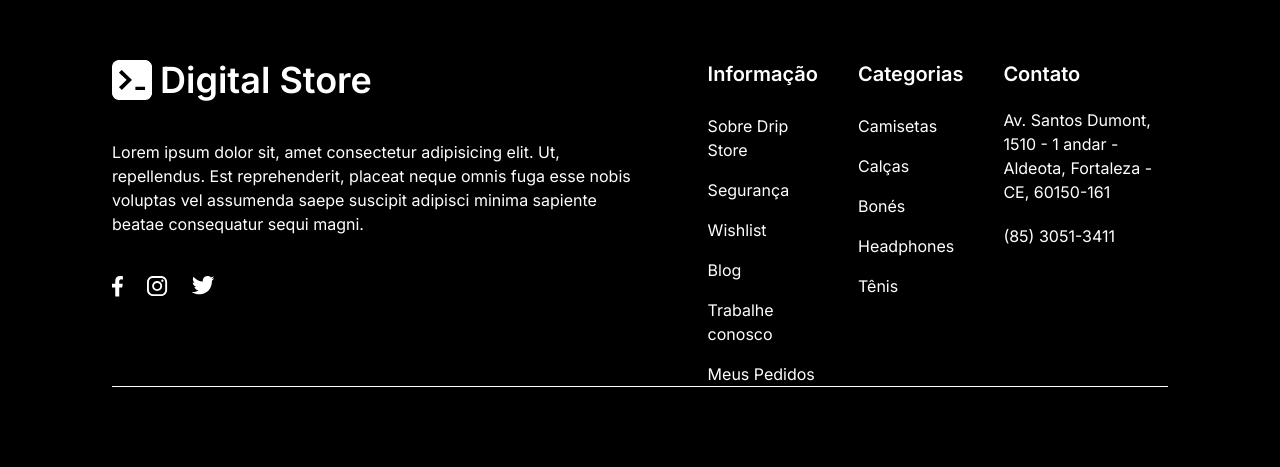
Repository: geracao-09/digital-store
Page: index.html
The author's editor kept a copy of each file at every save. The page is drawn from the files as they stood at one save, then again after the next save.
The browser window is 1280 px wide. The pictures show the part of the page from y = 3410 to 3877 px (the page is 3877 px tall).
A picture or video elsewhere on the page could not be fetched, so the positions and the page height are approximate.

Above is the page before, as saved 2025-04-25 08:58:21.

### index.html
<!DOCTYPE html>
<html lang="pt-br">
<head>
    <meta charset="UTF-8">
    <meta name="viewport" content="width=device-width, initial-scale=1.0">
    <title>Digital Store</title>
    <link href="./style.css" rel="stylesheet">
    <script src="https://cdn.jsdelivr.net/npm/@tailwindcss/browser@4"></script>
    <link rel="shortcut icon" href="/assets/digital-logo.svg" type="image/x-icon">
</head>
<body>
<header class="flex flex-col gap-12 px-[108px] py-[38px]">
    <div class="flex items-center justify-between">
        <div class="flex gap-1">
            <img src="/assets/digital-logo.svg" alt="Logo da Digital Store">
            <h1 class="text-4xl text-(--primary-color) font-semibold">Digital Store</h1>
        </div>
        <input type="text" placeholder="Pesquisar produto..." class="bg-(--light-gray-3) py-2 px-3 rounded-lg ml-40 mr-14 bg-[url(/assets/icons/search.svg)] bg-no-repeat bg-right focus:placeholder-transparent w-[560px]" />
        <div>
            <a href="#" class="bg-(--primary-color) text-white rounded-lg px-7 py-3 font-bold text-sm">
                Entrar
            </a>
        </div>
        <div class="relative">
            <img src="/assets/icons/cart.svg" alt="Imagem de um carrinho de compras">
            <div class="flex justify-center items-center absolute bg-(--tertiary-color) text-white font-bold text-xs rounded-full w-[18px] h-[18px] bottom-[15px] left-3">
                2
            </div>
        </div>
    </div>
    </div>
    <nav class="pl-32">
        <ul class="flex gap-6 text-(--dark-gray-2)">
            <li class="hover:text-(--primary-color) hover:font-bold">
                <a href="#">
                Home
            </a>
        </li>
            <li class="hover:text-(--primary-color) hover:font-bold">
                <a href="#">
                Produtos
            </a>
        </li>
            <li class="hover:text-(--primary-color) hover:font-bold">
                <a href="#">
                Categorias
            </a>
        </li>
            <li class="hover:text-(--primary-color) hover:font-bold">
                <a href="#">
                Meus Pedidos
            </a>
        </li>
        </ul>
    </nav>
</header>
<main>
    <section class="flex px-[108px] bg-(--light-gray-3) py-[78px] h-[680px] relative">
        <div class="flex flex-col gap-5 w-[466px]">
            <p class="text-(--warning-color) font-bold">
                Melhores ofertas personalizadas
            </p>
            <h2 class="font-extrabold text-6xl">
                Queima de estoque Nike 🔥
            </h2>
            <p class="text-(--dark-gray-2) text-lg">
                Consequat culpa exercitation mollit nisi excepteur do do tempor laboris eiusmod irure consectetur.
            </p>
            <a href="#" class="flex items-center justify-center bg-(--primary-color) text-(--light-gray-3) font-bold w-[220px] h-[48px] rounded-lg">
                Ver Ofertas
            </a>
        </div>
        <img src="/assets/pictures/white-sneakers.svg" alt="Foto de um tenis branco" class="absolute right-28 bottom-8"/>
        <img src="/assets/ornaments/ornament.svg" alt="Firula do site - by wendell" class="absolute top-12 right-8">
    </section>
    <section class="flex flex-col gap-15 px-[108px] py-[42px]">
        <div class="flex flex-col gap-10">
            <h4 class="text-(--dark-gray-2) font-bold text-2xl">
                Coleções em destaque
            </h4>
            <ul class="grid grid-cols-3 gap-3.5 h-68">
                <li  class="flex bg-[#D8E3F2] pl-8 pt-8 rounded-md relative bg-[url(/assets/pictures/star-wars-shirt-pic.svg)] bg-no-repeat bg-bottom-right">
                    <div class="w-1/2 z-10">
                    <p class="bg-[#E7FF86] rounded-4xl font-bold text-(--dark-gray-2) w-[96px] text-center py-1.5 text-sm">
                        30% OFF
                    </p>
                    <h5 class="font-bold text-(--dark-gray) text-4xl mt-2.5 mb-8">
                        Novo drop Supreme
                    </h5>
                    <a href="#" class="text-(--primary-color) bg-white rounded-xl font-bold px-12 py-4.5">
                        Comprar
                    </a>
                </div>
                </li>
                <li  class="flex bg-[#D8E3F2] pl-8 pt-8 rounded-md relative bg-[url(/assets/pictures/sneaks-pic.svg)] bg-no-repeat bg-bottom-right">
                    <div class="w-1/2 z-10">
                    <p class="bg-[#E7FF86] rounded-4xl font-bold text-(--dark-gray-2) w-[96px] text-center py-1.5 text-sm">
                        30% OFF
                    </p>
                    <h5 class="font-bold text-(--dark-gray) text-4xl mt-2.5 mb-8">
                        Coleção Adidas
                    </h5>
                    <a href="#" class="text-(--primary-color) bg-white rounded-xl font-bold px-12 py-4.5">
                        Comprar
                    </a>
                </div>
                </li>
                <li  class="flex bg-[#D8E3F2] pl-8 pt-8 rounded-md relative bg-[url(/assets/pictures/headphone-pic.svg)] bg-no-repeat bg-bottom-right">
                    <div class="w-1/2 z-10">
                    <p class="bg-[#E7FF86] rounded-4xl font-bold text-(--dark-gray-2) w-[96px] text-center py-1.5 text-sm">
                        30% OFF
                    </p>
                    <h5 class="font-bold text-(--dark-gray) text-4xl mt-2.5 mb-8">
                        Novo<br> Beats Bass
                    </h5>
                    <a href="#" class="text-(--primary-color) bg-white rounded-xl font-bold px-12 py-4.5">
                        Comprar
                    </a>
                </div>
                </li>
            </ul>
        </div>
        <div class="bg-[url(/assets/icons/house-border.svg)] bg-no-repeat bg-center object-contain flex flex-col items-center gap-5 pt-5.5 h-[318px]">
            <h1 class="font-bold text-2xl text-(--dark-gray-2)">
                Coleções em destaque
            </h1>
            <ul class="flex gap-8">
                <li><a href="#">
                    <div class="bg-[url(/assets/icons/t-shirt.svg)] w-[104px] h-[104px] bg-white bg-no-repeat bg-center rounded-full"></div>
                    <p class="font-bold text-sm text-(--dark-gray-2) text-center">Camisetas</p>
                </a></li>
                <li><a href="#">
                    <div class="bg-[url(/assets/icons/pants.svg)] w-[104px] h-[104px] bg-white bg-no-repeat bg-center rounded-full"></div>
                    <p class="font-bold text-sm text-(--dark-gray-2) text-center">Calças</p>
                </a></li>
                <li><a href="#">
                    <div class="bg-[url(/assets/icons/cap.svg)] w-[104px] h-[104px] bg-white bg-no-repeat bg-center rounded-full"></div>
                    <p class="font-bold text-sm text-(--dark-gray-2) text-center">Bonés</p>
                </a></li>
                <li><a href="#">
                    <div class="bg-[url(/assets/icons/headphones.svg)] w-[104px] h-[104px] bg-white bg-no-repeat bg-center rounded-full"></div>
                    <p class="font-bold text-sm text-(--dark-gray-2) text-center">Headphones</p>
                </a></li>
                <li><a href="#">
                    <div class="bg-[url(/assets/icons/sneakers.svg)] w-[104px] h-[104px] bg-white bg-no-repeat bg-center rounded-full"></div>
                    <p class="font-bold text-sm text-(--dark-gray-2) text-center">Tênis</p>
                </a></li>
            </ul>
        </div>
    </section>
    <section class="px-[108px]">
        <div class="flex justify-between mb-5">
            <h4 class="text-(--dark-gray-2) font-bold text-2xl">
                Produtos em  alta
            </h4>
            <div class="flex gap-2 items-center">
                <a href="#" class="text-(--primary-color) text-[18px]">
                    Ver todos
                </a>
                <img src="/assets/ornaments/arrow-right.svg" alt="Flecha apontando pra direita" class="w-[24px]">
            </div>
        </div>
        <ul class="grid grid-cols-4">
            <li class="mb-5">
            <div class="bg-[url(/assets/pictures/sneaks-pic2.svg)] w-[292px] h-[320px] bg-white bg-no-repeat bg-center relative">
                <div class="flex justify-center items-center bg-[#E7FF86] font-bold text-sm h-[32px] w-[96px] rounded-4xl absolute left-5 top-5">50% off</div>
            </div>
                <div>
                    <p class="text-xs text-(--light-gray) font-bold">
                        Tênis
                    </p>
                    <h5 class="text-2xl text-(--dark-gray-2)">
                        K-Swiss V8 - Masculino
                    </h5>
                    <div class="flex gap-2">
                    <h5 class="text-(--light-gray) line-through text-2xl">
                        $200
                    </h5>
                    <h5 class="font-bold text-2xl">
                        $100
                    </h5>
                </div>
            </div>
            </li>
            <li class="mb-5">
            <div class="bg-[url(/assets/pictures/sneaks-pic2.svg)] w-[292px] h-[320px] bg-white bg-no-repeat bg-center relative">
                <div class="flex justify-center items-center bg-[#E7FF86] font-bold text-sm h-[32px] w-[96px] rounded-4xl absolute left-5 top-5">50% off</div>
            </div>
                <div>
                    <p class="text-xs text-(--light-gray) font-bold">
                        Tênis
                    </p>
                    <h5 class="text-2xl text-(--dark-gray-2)">
                        K-Swiss V8 - Masculino
                    </h5>
                    <div class="flex gap-2">
                    <h5 class="text-(--light-gray) line-through text-2xl">
                        $200
                    </h5>
                    <h5 class="font-bold text-2xl">
                        $100
                    </h5>
                </div>
            </div>
            </li>
            <li class="mb-5">
            <div class="bg-[url(/assets/pictures/sneaks-pic2.svg)] w-[292px] h-[320px] bg-white bg-no-repeat bg-center relative">
            </div>
                <div>
                    <p class="text-xs text-(--light-gray) font-bold">
                        Tênis
                    </p>
                    <h5 class="text-2xl text-(--dark-gray-2)">
                        K-Swiss V8 - Masculino
                    </h5>
                    <h5 class="font-bold text-2xl">
                        $100
                    </h5>
            </div>
            </li>
            <li class="mb-5">
            <div class="bg-[url(/assets/pictures/sneaks-pic2.svg)] w-[292px] h-[320px] bg-white bg-no-repeat bg-center relative">
            </div>
                <div>
                    <p class="text-xs text-(--light-gray) font-bold">
                        Tênis
                    </p>
                    <h5 class="text-2xl text-(--dark-gray-2)">
                        K-Swiss V8 - Masculino
                    </h5>
                    <h5 class="font-bold text-2xl">
                        $100
                    </h5>
            </div>
            </li>
            <li class="mb-5">
            <div class="bg-[url(/assets/pictures/sneaks-pic2.svg)] w-[292px] h-[320px] bg-white bg-no-repeat bg-center relative">
            </div>
                <div>
                    <p class="text-xs text-(--light-gray) font-bold">
                        Tênis
                    </p>
                    <h5 class="text-2xl text-(--dark-gray-2)">
                        K-Swiss V8 - Masculino
                    </h5>
                    <h5 class="font-bold text-2xl">
                        $100
                    </h5>
            </div>
            </li>
            <li class="mb-5">
            <div class="bg-[url(/assets/pictures/sneaks-pic2.svg)] w-[292px] h-[320px] bg-white bg-no-repeat bg-center relative">
            </div>
                <div>
                    <p class="text-xs text-(--light-gray) font-bold">
                        Tênis
                    </p>
                    <h5 class="text-2xl text-(--dark-gray-2)">
                        K-Swiss V8 - Masculino
                    </h5>
                    <h5 class="font-bold text-2xl">
                        $100
                    </h5>
            </div>
            </li>
            <li class="mb-5">
            <div class="bg-[url(/assets/pictures/sneaks-pic2.svg)] w-[292px] h-[320px] bg-white bg-no-repeat bg-center relative">
            </div>
                <div>
                    <p class="text-xs text-(--light-gray) font-bold">
                        Tênis
                    </p>
                    <h5 class="text-2xl text-(--dark-gray-2)">
                        K-Swiss V8 - Masculino
                    </h5>
                    <h5 class="font-bold text-2xl">
                        $100
                    </h5>
            </div>
            </li>
            <li class="mb-5">
            <div class="bg-[url(/assets/pictures/sneaks-pic2.svg)] w-[292px] h-[320px] bg-white bg-no-repeat bg-center relative">
            </div>
                <div>
                    <p class="text-xs text-(--light-gray) font-bold">
                        Tênis
                    </p>
                    <h5 class="text-2xl text-(--dark-gray-2)">
                        K-Swiss V8 - Masculino
                    </h5>
                    <h5 class="font-bold text-2xl">
                        $100
                    </h5>
            </div>
            </li>

        </ul>
    </section>
    <section class="flex justify-center items-center bg-white py-20 px-18 gap-28">
        <div>
            <div class="w-[456px] h-[456px] bg-linear-(--secondary-gradient) rounded-full  relative">
                <img src="/assets/pictures/ei-jordao.svg" alt="" class="w-[574px] absolute top-[12%] right-[12%] scale-135">
            </div>
        </div>
        <div class="flex flex-col gap-4 w-[40%]">
            <p class="text-sm text-(--primary-color) font-bold">
                Oferta especial
            </p>
            <h2 class="font-bold text-(--dark-gray-2) text-5xl">
                Air Jordan edição de colecionador
            </h2>
            <p class="text-(--dark-gray-2)">
                Lorem ipsum dolor sit amet, consectetur adipiscing elit, sed do eiusmod tempor incididunt ut labore et dolore magna aliqua. Ut enim ad minim veniam, quis nostrud exercitation ullamco laboris nisi ut aliquip
            </p>
            <a href="#" class="flex items-center justify-center bg-(--primary-color) text-(--light-gray-3) font-bold w-[220px] h-[48px] rounded-lg mt-6">
                Ver Ofertas
            </a>
        </div>
    </section>
</main>
<footer class="bg-black text-white py-20 px-28">
    <div class="flex gap-10">
        <div  class="flex flex-col gap-10 mr-6">
            <div class="flex gap-2">
                <img src="/assets/white-logo.svg" alt="Logo da Digital em branco">
                <h4 class="font-semibold text-4xl">Digital Store</h4>
            </div>
        <div>
            <p>Lorem ipsum dolor sit, amet consectetur adipisicing elit. Ut, repellendus. Est reprehenderit, placeat neque omnis fuga esse nobis voluptas vel assumenda saepe suscipit adipisci minima sapiente beatae consequatur sequi magni.</p>
        </div>
        <div>
            <ul class="flex gap-6">
                <li><img src="/assets/icons/facebook.svg" alt="logo da facebook"></li>
                <li><img src="/assets/icons/instagram.svg" alt="logo do instagram"></li>
                <li><img src="/assets/icons/twitter.svg" alt="logo da twitter, vulgo, X"></li>
            </ul>
        </div>
    </div>
        <div class="flex gap-10">
            <ul class="flex flex-col gap-4 list-none">
                <li class="font-semibold text-xl mb-2.5">Informação</li>
                <li><a href="#">
                    Sobre Drip Store
                </a></li>
                <li><a href="#">
                    Segurança
                </a></li>
                <li><a href="#">
                    Wishlist
                </a></li>
                <li><a href="#">
                    Blog
                </a></li>
                <li><a href="#">
                    Trabalhe conosco
                </a></li>
                <li><a href="#">
                    Meus Pedidos
                </a></li>
            </ul>
            <ul class="flex flex-col gap-4 list-none">
                <li class="font-semibold text-xl mb-2.5">Categorias</li>
                <li><a href="#">
                    Camisetas
                </a></li>
                <li><a href="#">
                    Calças
                </a></li>
                <li><a href="#">
                    Bonés
                </a></li>
                <li><a href="#">
                    Headphones
                </a></li>
                <li><a href="#">
                    Tênis
                </a></li>
            </ul>
        </div>
        <div class="flex flex-col gap-5">
            <h6 class="font-semibold text-xl">Contato</h6>
            <p>Av. Santos Dumont, 1510 - 1 andar - Aldeota, Fortaleza - CE, 60150-161</p>
            <p>(85) 3051-3411</p>
        </div>
    </div>
    <hr>
    <div>

    </div>
</footer>
</body>
</html>

### style.css
@import url('https://fonts.googleapis.com/css2?family=Inter:ital,opsz,wght@0,14..32,100..900;1,14..32,100..900&display=swap');

:root {
    --dark-gray: #1F1F1F;
    --dark-gray-2: #474747;
    --dark-gray-3: #666666;
    --light-gray: #8F8F8F;
    --light-gray-2: #CCCCCC;
    --light-gray-3: #F5F5F5;
    --white: #FFFFFF;
    --primary-color: #C92071;
    --secondary-color: #B5B6F2;
    --tertiary-color: #991956;
    --error-color: #EE4266;
    --success-color: #52CA76;
    --warning-color: #F6AA1C;
    --primary-gradient: 180deg,#C92071, #EDABCA;
    --secondary-gradient: 180deg, #B5B6F2, #EFEFFF;
}

* {
    font-family: "Inter", sans-serif;
    box-sizing: border-box;
}

main {
    background-color: #F9F8FE;
}

### assets/icons/instagram.svg
<svg width="21" height="21" viewBox="0 0 21 21" fill="none" xmlns="http://www.w3.org/2000/svg">
<path d="M15.3772 3.59082C15.0646 3.59082 14.7647 3.71504 14.5436 3.93614C14.3225 4.15725 14.1982 4.45713 14.1982 4.76982C14.1981 4.92473 14.2285 5.07815 14.2877 5.22131C14.3469 5.36447 14.4337 5.49456 14.5432 5.60415C14.6527 5.71373 14.7827 5.80066 14.9258 5.85998C15.0689 5.91929 15.2223 5.94982 15.3772 5.94982C15.6899 5.94982 15.9898 5.82561 16.2109 5.6045C16.432 5.38339 16.5562 5.08351 16.5562 4.77082C16.5564 4.61591 16.526 4.46249 16.4668 4.31933C16.4076 4.17617 16.3208 4.04608 16.2113 3.93649C16.1018 3.82691 15.9718 3.73997 15.8287 3.68066C15.6856 3.62135 15.5322 3.59082 15.3772 3.59082Z" fill="white"/>
<path d="M10.1361 5.10303C8.82331 5.10435 7.56467 5.62637 6.63631 6.55454C5.70794 7.48272 5.18567 8.74126 5.18408 10.054C5.18567 11.3669 5.70791 12.6255 6.63625 13.5539C7.56458 14.4822 8.82322 15.0044 10.1361 15.006C11.449 15.0044 12.7076 14.4822 13.6359 13.5539C14.5643 12.6255 15.0865 11.3669 15.0881 10.054C15.0865 8.74126 14.5642 7.48272 13.6359 6.55454C12.7075 5.62637 11.4489 5.10435 10.1361 5.10303ZM10.1361 13.226C9.29489 13.2252 8.48838 12.8906 7.89366 12.2957C7.29894 11.7008 6.96461 10.8942 6.96408 10.053C6.96488 9.21201 7.29933 8.40566 7.89402 7.81096C8.48871 7.21627 9.29506 6.88182 10.1361 6.88103C10.9771 6.88182 11.7835 7.21627 12.3782 7.81096C12.9728 8.40566 13.3073 9.21201 13.3081 10.053C13.3076 10.8942 12.9732 11.7008 12.3785 12.2957C11.7838 12.8906 10.9773 13.2252 10.1361 13.226Z" fill="white"/>
<path d="M14.0681 20.108H6.03607C4.43499 20.1061 2.90003 19.4693 1.7679 18.3371C0.635768 17.205 -0.00107705 15.67 -0.00292969 14.069V6.04098C-0.00134169 4.43973 0.635388 2.90451 1.76755 1.77216C2.89971 0.639813 4.43482 0.00282968 6.03607 0.000976562H14.0641C15.6651 0.0028292 17.2001 0.639674 18.3322 1.7718C19.4644 2.90394 20.1012 4.4389 20.1031 6.03998V14.068C20.1015 15.6685 19.4653 17.2031 18.334 18.3354C17.2027 19.4676 15.6686 20.1051 14.0681 20.108ZM6.03607 1.89297C4.93662 1.8943 3.88259 2.33164 3.10516 3.10907C2.32773 3.88649 1.8904 4.94053 1.88907 6.03998V14.068C1.88881 15.1685 2.32544 16.224 3.10304 17.0028C3.88064 17.7815 4.93558 18.2197 6.03607 18.221H14.0641C15.1638 18.2199 16.2182 17.7827 16.996 17.0053C17.7738 16.2279 18.2115 15.1737 18.2131 14.074V6.04597C18.2115 4.94626 17.7738 3.89208 16.996 3.11465C16.2182 2.33722 15.1638 1.90003 14.0641 1.89898L6.03607 1.89297Z" fill="white"/>
</svg>

### assets/icons/pants.svg
<svg width="64" height="64" viewBox="0 0 64 64" fill="none" xmlns="http://www.w3.org/2000/svg">
<path d="M20.3125 0.149998C19.7875 0.450001 19.7625 0.612499 19.75 2.9125V5.125L13.3625 32.25C9.41247 49.075 6.99997 59.55 7.02497 59.8375C7.04997 60.15 7.16247 60.3625 7.37497 60.525C7.69997 60.7625 18.2875 64 18.7375 64C18.875 64 19.125 63.875 19.3 63.7125C19.525 63.525 21.775 58.3875 27.075 46C31.1875 36.4125 34.575 28.525 34.6125 28.475C34.6875 28.3875 39.375 39.175 39.375 39.4125C39.375 39.4625 38.225 39.5 36.8125 39.5C34.25 39.5 34.2375 39.5 33.9375 39.8125L33.625 40.1125V45.3V50.4875L33.9125 50.8125C34.1625 51.1 34.625 51.2125 39.7875 52.25C43.6875 53.025 45.4625 53.3375 45.6625 53.2625C45.8125 53.2 48.3875 50.95 51.375 48.2625C55.8 44.2875 56.8375 43.2875 56.975 42.9125C57.1 42.5625 57.125 41.8375 57.1 40.25L57.05 38.0625L53.375 21.9375L49.7 5.8125L49.6375 3.2125L49.5625 0.599998L49.2125 0.299999L48.8625 0H34.7125C24.3 0.0125008 20.5 0.0499992 20.3125 0.149998ZM26.125 3.1875V4.25H24H21.875V3.1875V2.125H24H26.125V3.1875ZM31.5 3.1875V4.25H29.875H28.25V3.1875V2.125H29.875H31.5V3.1875ZM35.75 3.1875V4.25H34.6875H33.625V3.1875V2.125H34.6875H35.75V3.1875ZM41.1 3.2125L41.1375 4.25H39.5H37.875V3.1875V2.1125L39.475 2.15L41.0625 2.1875L41.1 3.2125ZM47.5 3.1875V4.25H45.375H43.25V3.1875V2.125H45.375H47.5V3.1875ZM26.125 7.775C26.125 9.4375 25.875 10.1375 25.025 10.9C24.3125 11.5375 23.5125 11.75 21.7875 11.75C20.4875 11.75 20.3625 11.725 20.425 11.525C20.5 11.3 21.625 6.5 21.625 6.425C21.625 6.4 22.6375 6.375 23.875 6.375H26.125V7.775ZM33.625 15.8375V25.3125L25.8625 43.4375C21.5875 53.4 18.0875 61.575 18.075 61.5875C18.0375 61.6375 9.59997 59.125 9.42497 59.0125C9.32497 58.9625 10.9625 51.8 14.575 36.4375C17.4875 24.0625 19.875 13.925 19.875 13.9C19.875 13.8875 20.625 13.875 21.55 13.875C24.225 13.875 25.3125 13.55 26.575 12.35C27.8 11.1875 28.25 9.95 28.25 7.6875V6.375H30.9375H33.625V15.8375ZM37.875 14.6625V22.95L37.225 23.4375C36.8625 23.7 36.375 24.05 36.1625 24.225L35.75 24.525V15.45V6.375H36.8125H37.875V14.6625ZM41.1375 8.125C41.225 10.0625 41.325 10.4625 42 11.4625C42.5625 12.3125 43.2375 12.9 44.1625 13.325C45.1 13.75 45.925 13.875 47.7625 13.875C49.325 13.875 49.375 13.8875 49.4375 14.15C50.875 20.25 54.875 38.425 54.875 38.875V39.5H48.325H41.775L39.075 33.2C37.5875 29.7375 36.375 26.85 36.375 26.7875C36.3875 26.7375 37.1125 26.15 37.9875 25.5C38.875 24.85 39.6875 24.1625 39.8 23.975C39.975 23.6875 40 22.6875 40 15V6.3625L40.5375 6.4L41.0625 6.4375L41.1375 8.125ZM48.275 9C48.6 10.4125 48.8625 11.6125 48.8625 11.675C48.875 11.725 48.125 11.7625 47.225 11.725C45.675 11.6875 45.5125 11.65 44.9 11.325C43.625 10.625 43.25 9.825 43.25 7.8125V6.375L45.4625 6.4L47.6875 6.4375L48.275 9ZM54.875 41.9375C54.875 42.1875 53.9125 43.1125 49.95 46.6875L45.025 51.125L40.6625 50.25C38.275 49.775 36.1875 49.35 36.0375 49.3125L35.75 49.25V45.4375V41.625H45.3125H54.875V41.9375Z" fill="#8F8F8F"/>
</svg>

Loaded but not shown: assets/icons/headphones.svg (8 lines, source omitted)

After the next save:
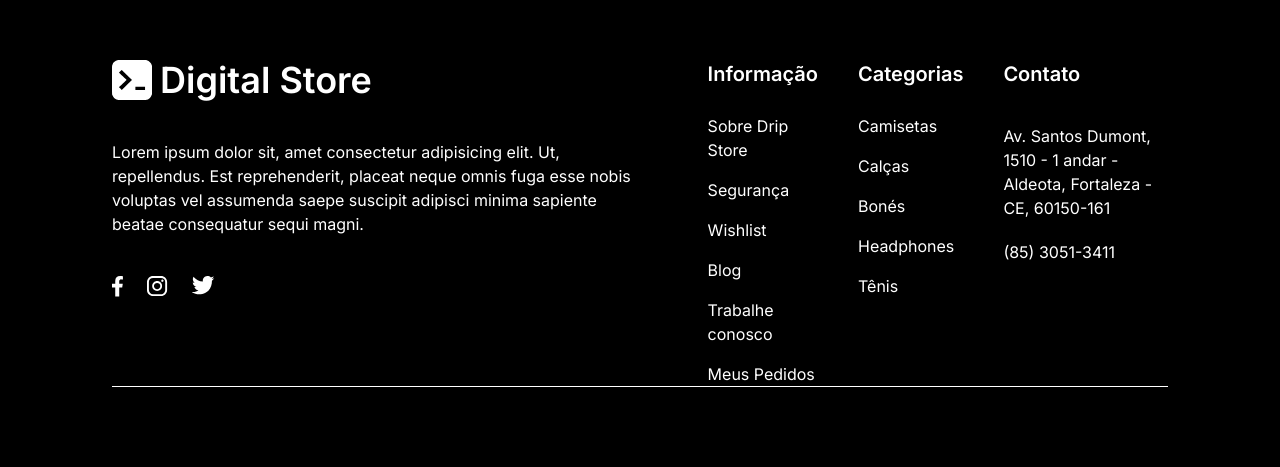
Saved 17 s later.
--- a/index.html
+++ b/index.html
@@ -378,7 +378,7 @@
             </ul>
         </div>
         <div class="flex flex-col gap-5">
-            <h6 class="font-semibold text-xl">Contato</h6>
+            <h6 class="font-semibold text-xl mb-4">Contato</h6>
             <p>Av. Santos Dumont, 1510 - 1 andar - Aldeota, Fortaleza - CE, 60150-161</p>
             <p>(85) 3051-3411</p>
         </div>
